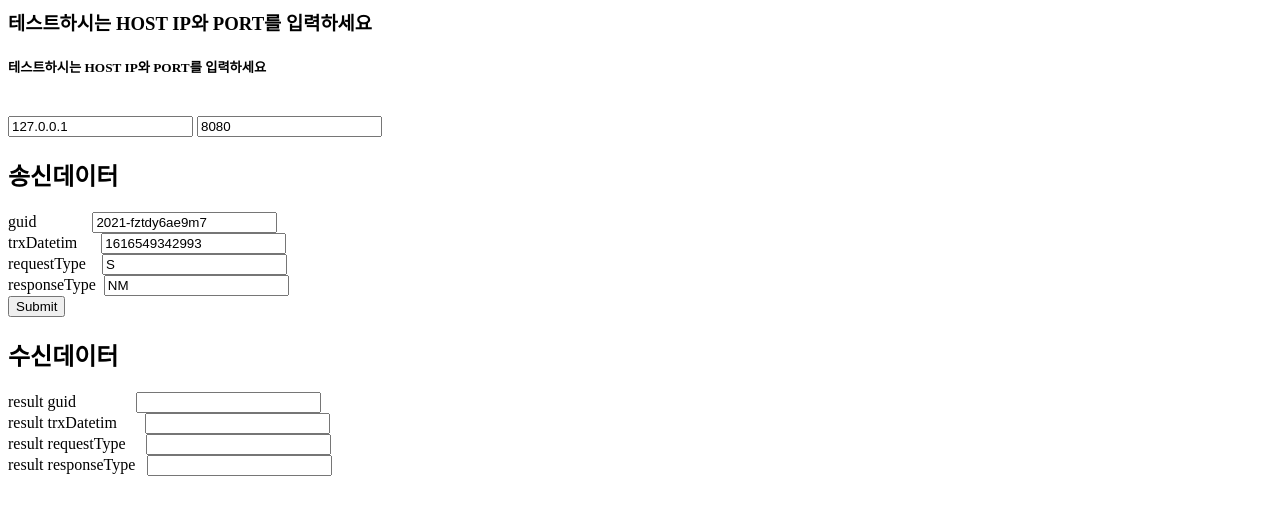
Repository: kchan75/kakaobank
Page: inserver/src/main/resources/static/index.html
An editor plug-in stored every save of this project. The page is shown before and after the next save, followed by the edit.
The browser window is 1280 px wide. The pictures show the whole page.

Above is the page before, as saved 2021-03-24 10:32:22.

### inserver/src/main/resources/static/index.html
<html>
<head>
<title>test</title>
<script language="javascript">
	function setData(){
		  var time= new Date(); //시간받기위해서 new date
		  document.getElementById("trxDatetim").value=time.getTime();
		  document.getElementById("guid").value=time.getFullYear() + "-"+  Math.random().toString(36).substr(2,11);
		}
</script>
</head>

<body >
	<h3>테스트하시는 HOST IP와 PORT를 입력하세요</h3>
	<h5>테스트하시는 HOST IP와 PORT를 입력하세요</h5></br>
	<input type="text" id="sendHost" value="127.0.0.1" />
	<input type="text" id="sendPost" value="8080" />
	<h2>송신데이터</h2>
	<div id="sendCommon"></div>
	<div id="sendbiz"></div>


	<form id="formElem">
		<label> guid&nbsp; &nbsp; &nbsp; &nbsp; &nbsp;&nbsp; &nbsp;&nbsp; </label><input type="text" name="guid" id="guid" value="2021-fztdy6ae9m7">
		<br/>
		<label> trxDatetim &nbsp; &nbsp;&nbsp; </label> <input type="text" name="trxDatetim" id="trxDatetim" value="1616549342993">
		<br/>
		<label> requestType&nbsp; &nbsp; </label> <input type="text" name="requestType" value="S">
		<br/>
		<label> responseType&nbsp;  </label> <input type="text" name="responseType" value="NM">
		<br/>
		<input type="submit" onclick="setData()">
	</form>

	<h2>수신데이터</h2>
	<div id="resCommon"></div>
	<div id="resBiz"></div>
	<div id="resBizout"></div>
	<form id="formElem2">
		<label> result guid&nbsp;&nbsp;&nbsp;&nbsp;&nbsp;&nbsp; &nbsp; &nbsp; &nbsp;&nbsp;&nbsp;&nbsp;</label><input type="text" name="rGuid" id="rGuid" value="">
		<br/>
		<label> result trxDatetim &nbsp;&nbsp;&nbsp;&nbsp;&nbsp;</label> <input type="text" name="rTrxDatetim" id="rTrxDatetim" value="">
		<br/>
		<label> result requestType &nbsp; &nbsp; </label> <input type="text" name="rRequestType" id="rRequestType" >
		<br/>
		<label> result responseType &nbsp;  </label> <input type="text" name="rResponseType" id="rResponseType">
		<br/>
	</form>

</body>

<script>
    formElem.onsubmit = async (e) => {
      e.preventDefault();
      var form = document.querySelector("#formElem");
     // var form = document.forms[0];


        data = {
          "common":
          {
        	  guid : form.querySelector('input[name="guid"]').value,
        	  trxDatetim : form.querySelector('input[name="trxDatetim"]').value,
        	  requestType : form.querySelector('input[name="requestType"]').value,
        	  responseType : form.querySelector('input[name="responseType"]').value
          },
	      "biz":
	      {
	      	  service : "testService",
	      	  inputData : "INDATA",
	      	  outputData : "OUTDATA"
	      }
        }
		document.querySelector("#sendCommon").innerText=JSON.stringify(data.common)
		document.querySelector("#sendBiz").innerText=JSON.stringify(data.biz)

		URL = document.querySelector("#sendHost").value
		URL = 'http://' + URL + ":8080/kchan"

        let response = fetch(URL, {
                method: 'POST', // or 'PUT'
                headers: {
                    'Content-Type': 'application/json',
                    'Access-Control-Allow-Origin':'*'
                },
                body: JSON.stringify(data),
        }).then(response => response.json())
          .then(data => {
        	  //document.querySelector("#div").innerHTML = data;
        	  //console.log(data.common.guid);
        	  //console.log(data.common.trxDatetim);
        	  //console.log(data.common.requestType);
        	  //console.log(data.common.responseType);
        	  document.getElementById("rGuid").value=data.common.guid
        	  document.getElementById("rTrxDatetim").value=data.common.trxDatetim
        	  document.getElementById("rRequestType").value=data.common.requestType
        	  document.getElementById("rResponseType").value=data.common.responseType
        	  document.querySelector("#resCommon").innerText=JSON.stringify(data.common)
        	  //document.querySelector("#resBiz").innerText=JSON.stringify(data.biz)
        	  document.querySelector("#resBizout").innerText=JSON.stringify(data.bizout)

          })

    };
</script>
</html>

After the next save:
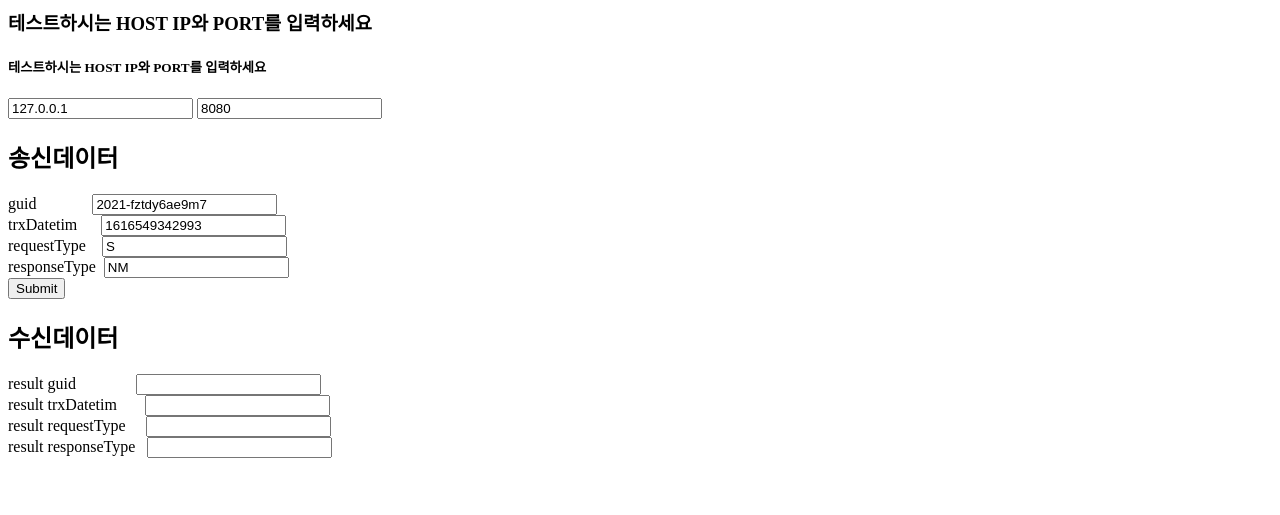
Saved 17 s later.
--- a/inserver/src/main/resources/static/index.html
+++ b/inserver/src/main/resources/static/index.html
@@ -12,7 +12,7 @@
 
 <body >
 	<h3>테스트하시는 HOST IP와 PORT를 입력하세요</h3>
-	<h5>테스트하시는 HOST IP와 PORT를 입력하세요</h5></br>
+	<h5>테스트하시는 HOST IP와 PORT를 입력하세요</h5>
 	<input type="text" id="sendHost" value="127.0.0.1" />
 	<input type="text" id="sendPost" value="8080" />
 	<h2>송신데이터</h2>
